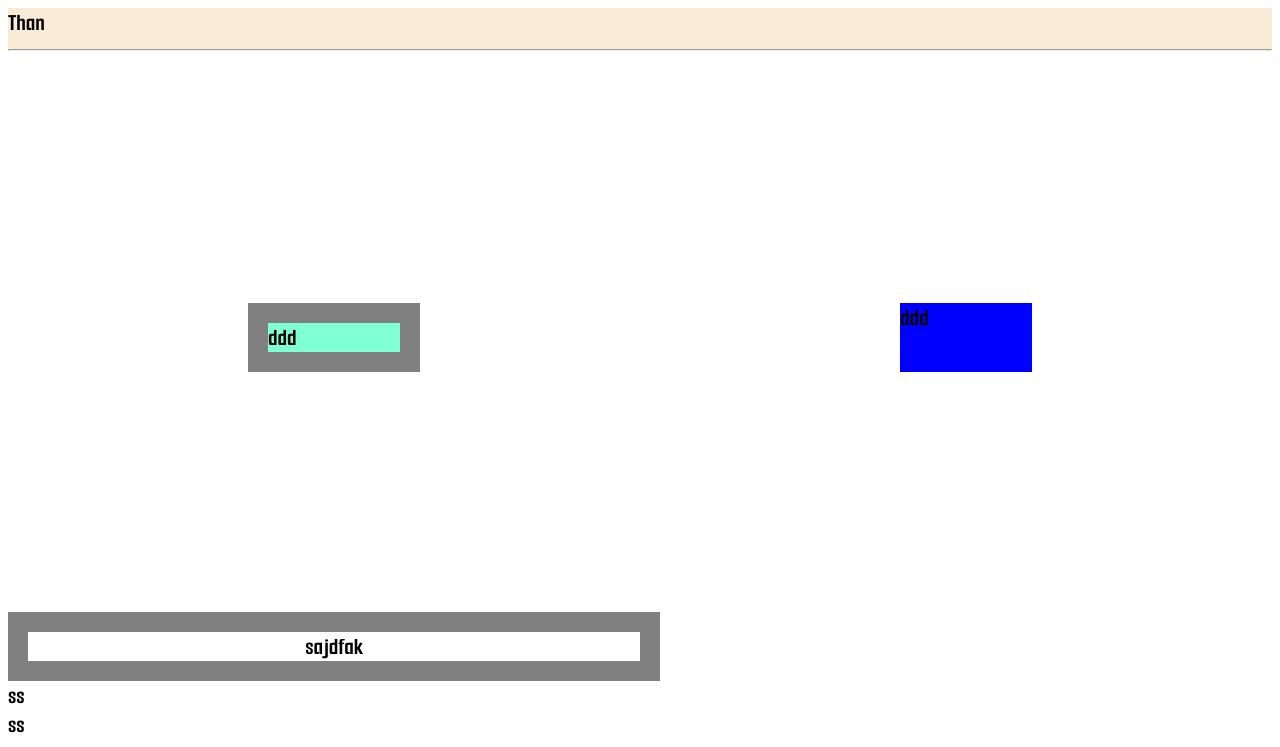
Repository: Than-dot/Than-dot
Page: index.html
The author's editor kept a copy of each file at every save. The page is drawn from the files as they stood at one save, then again after a run of saves.
The browser window is 1280 px wide. The pictures show the whole page.

Above is the page before, as saved 2026-04-22 12:44:20.

After the next 6 saves:
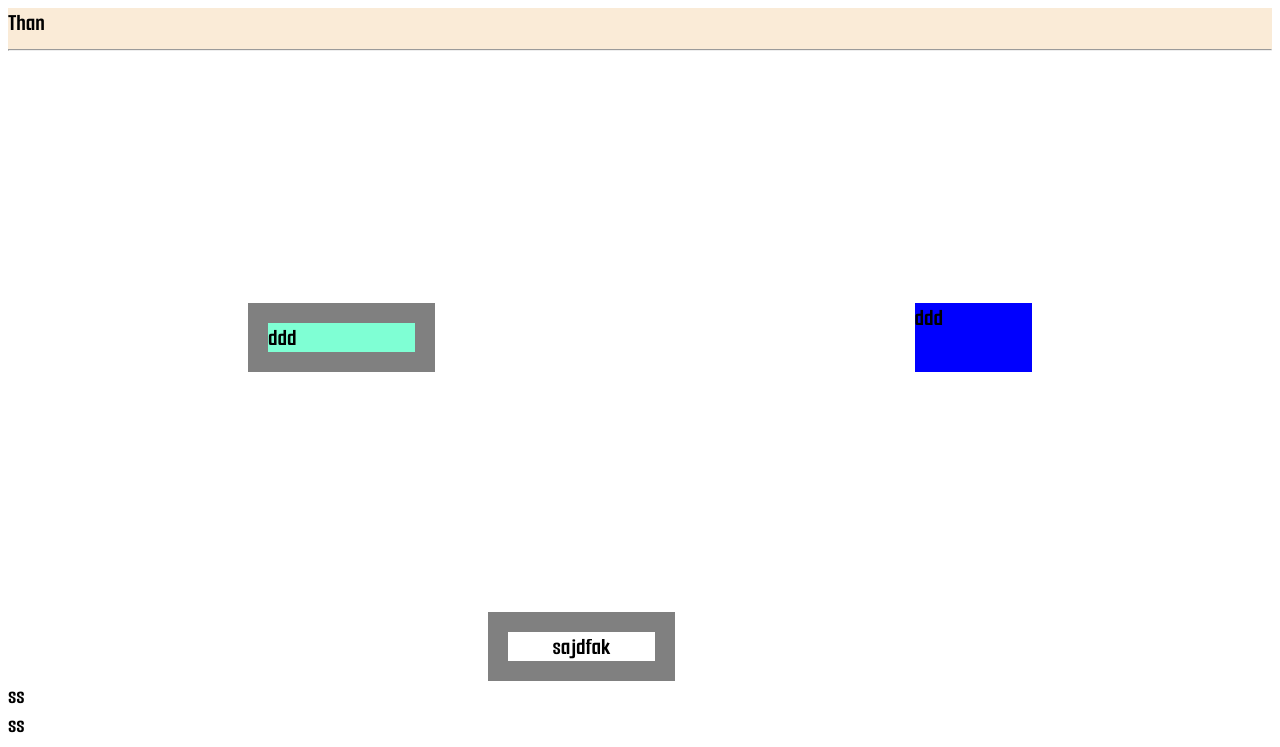
The 6 saves are shown as one change because they came seconds apart.
The last was saved 13 s later.
--- a/styles/index.css
+++ b/styles/index.css
@@ -19,7 +19,7 @@ header {
 }
 
 .stats {
-    margin: left;
+    margin-left: 30rem;
   border: 20px solid grey;
   text-align: center;
 }
